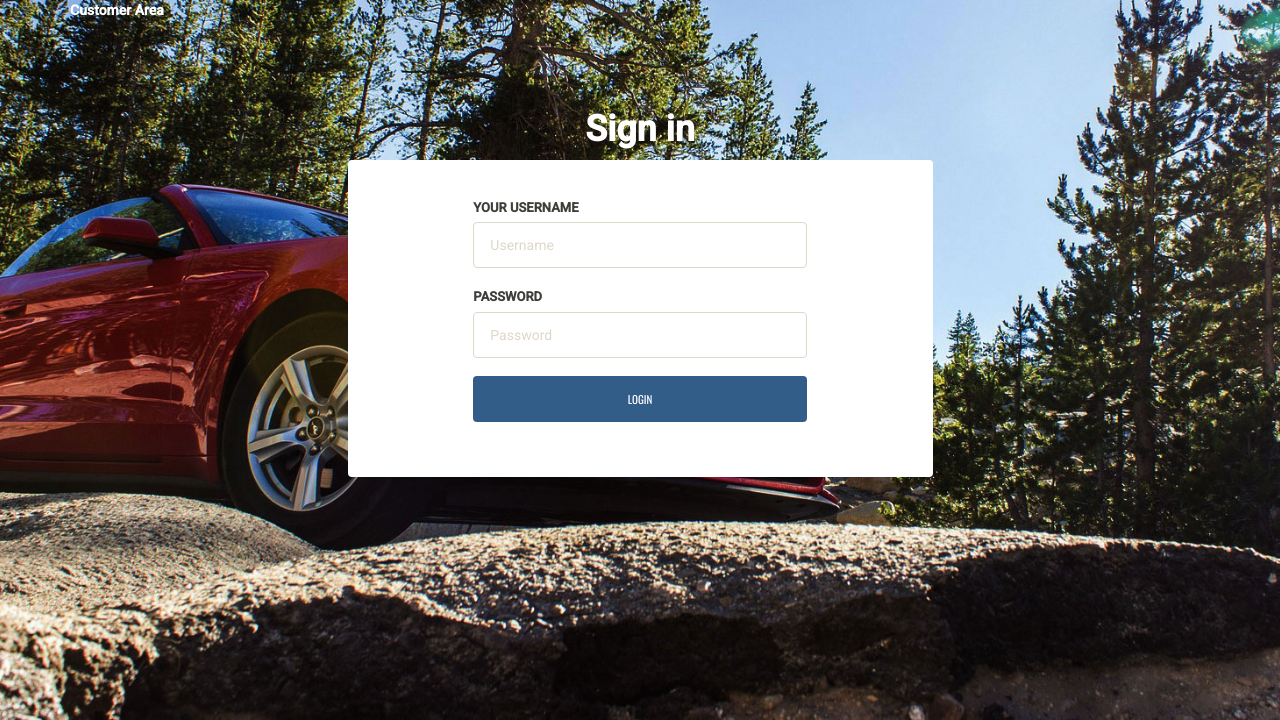
Repository: vincent254-hub/OCHMIS
Page: http://localhost/admin/
An editor plug-in stored every save of this project. The page is shown before and after the next save, followed by the edit.
The browser window is 1280 px wide. The pictures show the whole page.
The page is run by PHP 8.4 with error messages shown; the project is at /var/www/html/.

Above is the page before, as saved 2024-04-24 18:29:00.

After the next save:
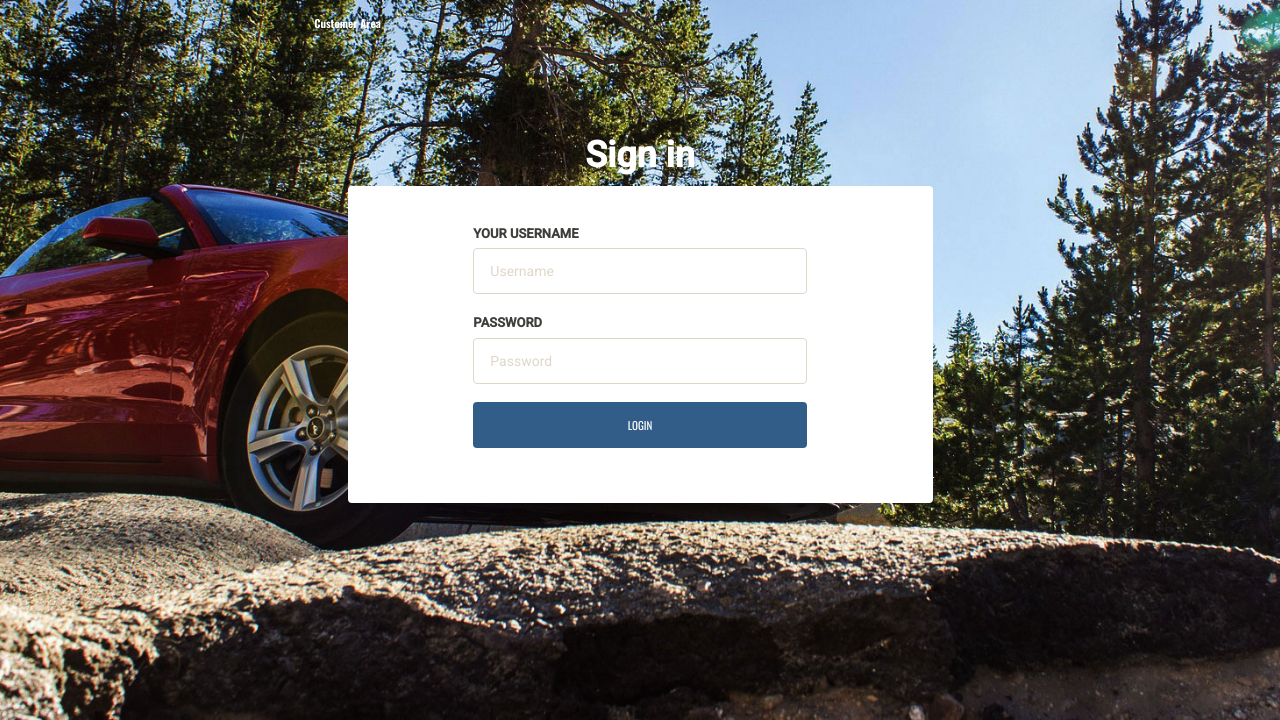
Saved 45 s later.
--- a/admin/index.php
+++ b/admin/index.php
@@ -52,7 +52,7 @@ echo "<script type='text/javascript'> document.location = 'dashboard.php'; </scr
 			<div class="container">
 				<div class="row">
 					<div class="col-md-6">
-						<a href="../index.php" class="text-light text-center text-bold mt-4 mx-auto">Customer Area</a>
+						<a href="../index.php" class="text-light text-center text-bold mt-4 mx-auto btn btn-block">Customer Area</a>
 					</div>
 					<div class="col-md-6 col-md-offset-3">
 						<h1 class="text-center text-bold text-light mt-4x">Sign in</h1>
